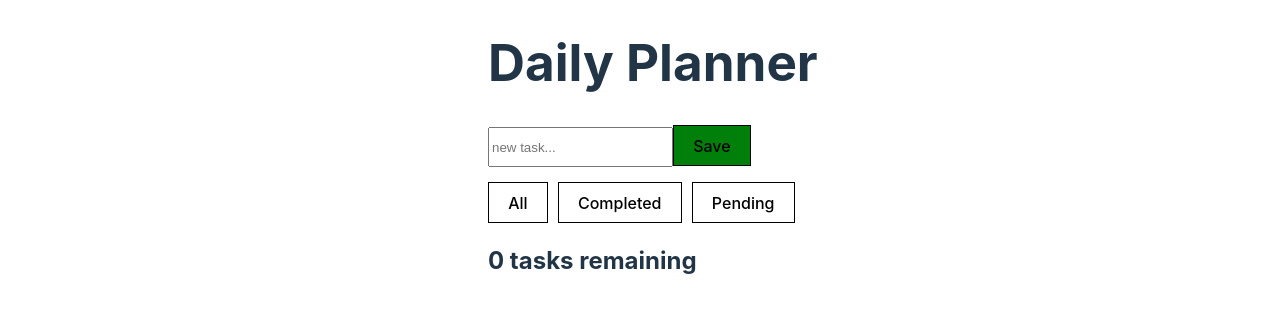
Repository: leslie179/labfour
Page: / (app in labfour/)
The author's editor kept a copy of each file at every save. The page is drawn from the files as they stood at one save, then again after a run of saves.
The browser window is 1280 px wide. The pictures show the whole page.
The project was rebuilt for these pictures with package versions that can differ from the ones it lists, and the page was loaded fresh each time. Also part of the build but not shown: labfour/vite.config.js, labfour/src/components/Task.jsx.

Above is the page before, as saved 2024-10-27 19:53:31.

### labfour/src/index.css
:root {
  font-family: Inter, system-ui, Avenir, Helvetica, Arial, sans-serif;
  line-height: 1.5;
  font-weight: 400;

  color-scheme: light dark;
  color: rgba(255, 255, 255, 0.87);
  background-color: #242424;

  font-synthesis: none;
  text-rendering: optimizeLegibility;
  -webkit-font-smoothing: antialiased;
  -moz-osx-font-smoothing: grayscale;
}

a {
  font-weight: 500;
  color: #646cff;
  text-decoration: inherit;
}
a:hover {
  color: #535bf2;
}

.task-checkbox{
  margin-right: 10px;
}
h1 {
  font-size: 3.2em;
  line-height: 1.1;
}

button {
  border-radius: 8px;
  border: 1px solid transparent;
  padding: 0.6em 1.2em;
  font-size: 1em;
  font-weight: 500;
  font-family: inherit;
  background-color: #1a1a1a;
  cursor: pointer;
  transition: border-color 0.25s;
}
button:hover {
  border-color: #646cff;
}
button:focus,
button:focus-visible {
  outline: 4px auto -webkit-focus-ring-color;
}

@media (prefers-color-scheme: light) {
  :root {
    color: #213547;
    background-color: #ffffff;
  }
  a:hover {
    color: #747bff;
  }
  button {
    background-color: #f9f9f9;
  }
}

### labfour/src/App.jsx
import { useState } from 'react';
import './App.css';
import Task from './components/Task';
import TaskForm from './components/TaskForm';

function App() {
  const [tasks, setTasks] = useState([]);
  const [filter, setFilter] = useState("All");

  const remainingTasks = tasks.filter(task => !task.completed).length;

  return (
    <div className="main">
      <h1>Daily Planner</h1>
      <TaskForm setTasks={setTasks} />

      <button className="filter-button" onClick={() => setFilter("All")}>All</button>
      <button className="filter-button" onClick={() => setFilter("Completed")}>Completed</button>
      <button className="filter-button" onClick={() => setFilter("Pending")}>Pending</button>

      <h2>{remainingTasks} task{remainingTasks !== 1 ? 's' : ''} remaining</h2>

      <ul>
        {tasks.filter((task) => {
          if (filter === "All") return true;
          if (filter === "Completed") return task.completed;
          return !task.completed;
        }).map((task, i) => (
          <Task key={i} task={task} setTasks={setTasks} index={i} />
        ))}
      </ul>
    </div>
  );
}

export default App;

### labfour/src/App.css
.task-item {
  display: flex;
  align-items: center;
  margin-bottom: 10px;
}

.task-checkbox {
  margin-right: 10px;
}

.save{
  background-color: #00800a;
  border: 1px solid black;
  border-radius: 0px;
}

.input{
  height:34px;
}

.task-font {
  font-size: 18px;
  font-weight: bold;
  color: #333;
  flex-grow: 1;
  min-width: 150px;
  max-width: 300px;
  overflow: hidden;
  text-overflow: ellipsis;
  white-space: nowrap;
}

.h1{
  font-size: 20px;
}

.filter-button{
  border: 1px solid black;
  background-color: white;
  border-radius: 0px;
  margin-right: 10px;
  margin-top: 15px;
}

.completed {
  text-decoration: line-through;
  color: #999;
}

.task-button {
  margin-left: 10px;
  padding: 5px 10px;
  color: black;
  border: none;
  border-radius: 5px;
  cursor: pointer;
  border: 1px solid black;
  background-color: white;
}

.main{
  padding-left: 30rem;
}

### labfour/src/components/TaskForm.jsx
import { useState } from "react";

function TaskForm({ setTasks }) {
    const [currentTask, setCurrentTask] = useState(""); // Initialize with an empty string

    const save = () => {
        if (currentTask.trim() === "") return; // Prevent adding empty tasks
        setTasks((currentTasks) => {
            const tmpTasks = [...currentTasks]; // deep copy
            tmpTasks.push({ task: currentTask, completed: false });
            return tmpTasks;
        });
        setCurrentTask(""); // Reset input field after saving
    };

    return (
      <div>
        <input
          className="input"
          type="text"
          onChange={(e) => setCurrentTask(e.target.value)}
          value={currentTask}
          placeholder="new task..."
        />
        <button className="save" onClick={save}>Save</button>
      </div>
    );
}

export default TaskForm;

Loaded but not shown: labfour/index.html (common file); labfour/src/main.jsx (common file)

After the next 2 saves:
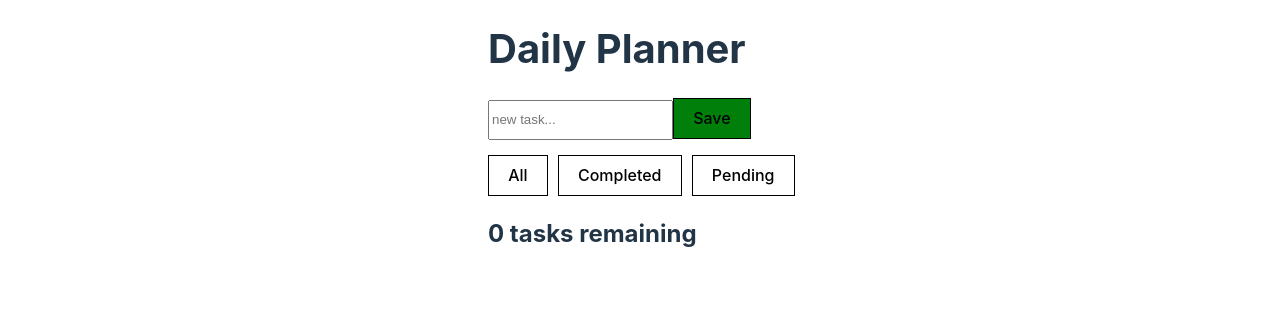
The 2 saves are shown as one change because they came seconds apart.
The last was saved 14 s later.
--- a/labfour/src/App.css
+++ b/labfour/src/App.css
@@ -30,8 +30,8 @@
   white-space: nowrap;
 }
 
-.h1{
-  font-size: 20px;
+h1{
+  font-size: 40px;
 }
 
 .filter-button{
